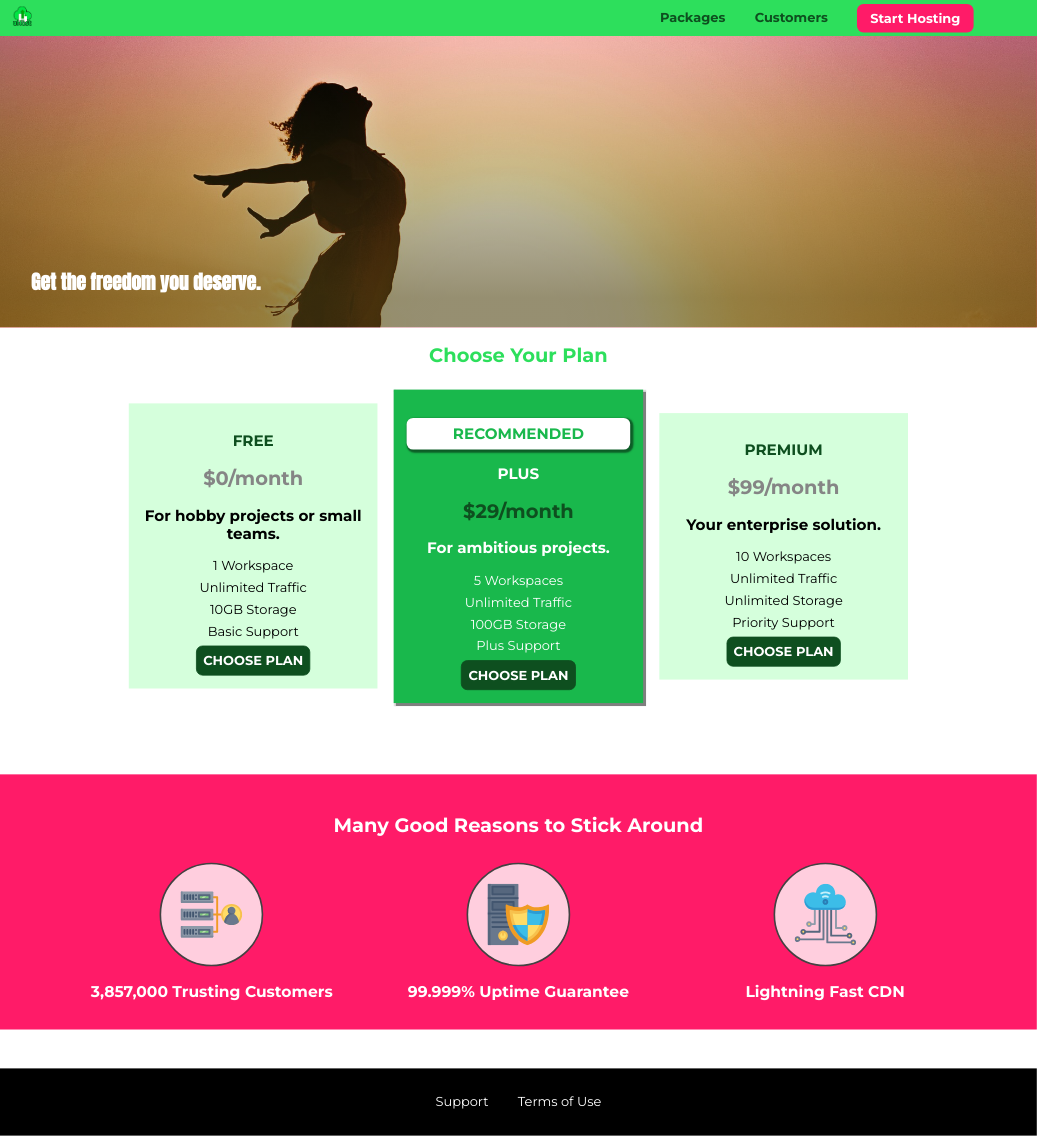
Repository: Nowacki97PL/UdemyCSS
Page: index.html
The author's editor kept a copy of each file at every save. The page is drawn from the files as they stood at one save, then again after a run of saves.
The browser window is 1280 px wide. The pictures show the whole page, at 81% of full size.

Above is the page before, as saved 2023-11-19 15:28:09.

After the next 2 saves:
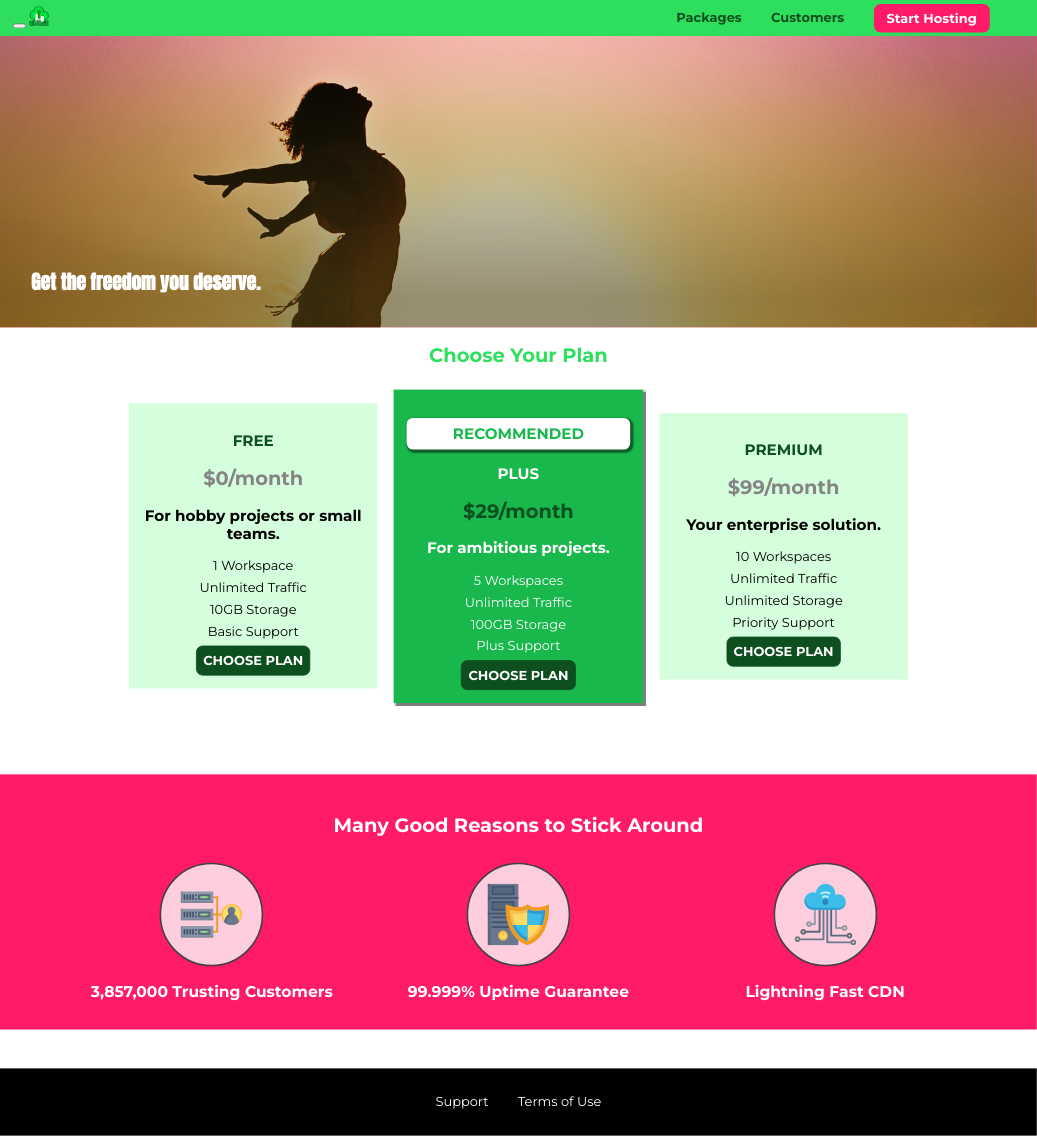
The 2 saves are shown as one change because they came seconds apart.
The last was saved 4 min 17 s later.
--- a/index.html
+++ b/index.html
@@ -23,6 +23,11 @@
     </div>
     <header class="main-header">
         <div>
+            <button class="toggle-button">
+                <span class="toggle-button__bar"></span>
+                <span class="toggle-button__bar"></span>
+                <span class="toggle-button__bar"></span>
+            </button>
             <a href="index.html" class="main-header__brand">
                 <img src="images/uhost-icon.png" alt="logo">
             </a>
